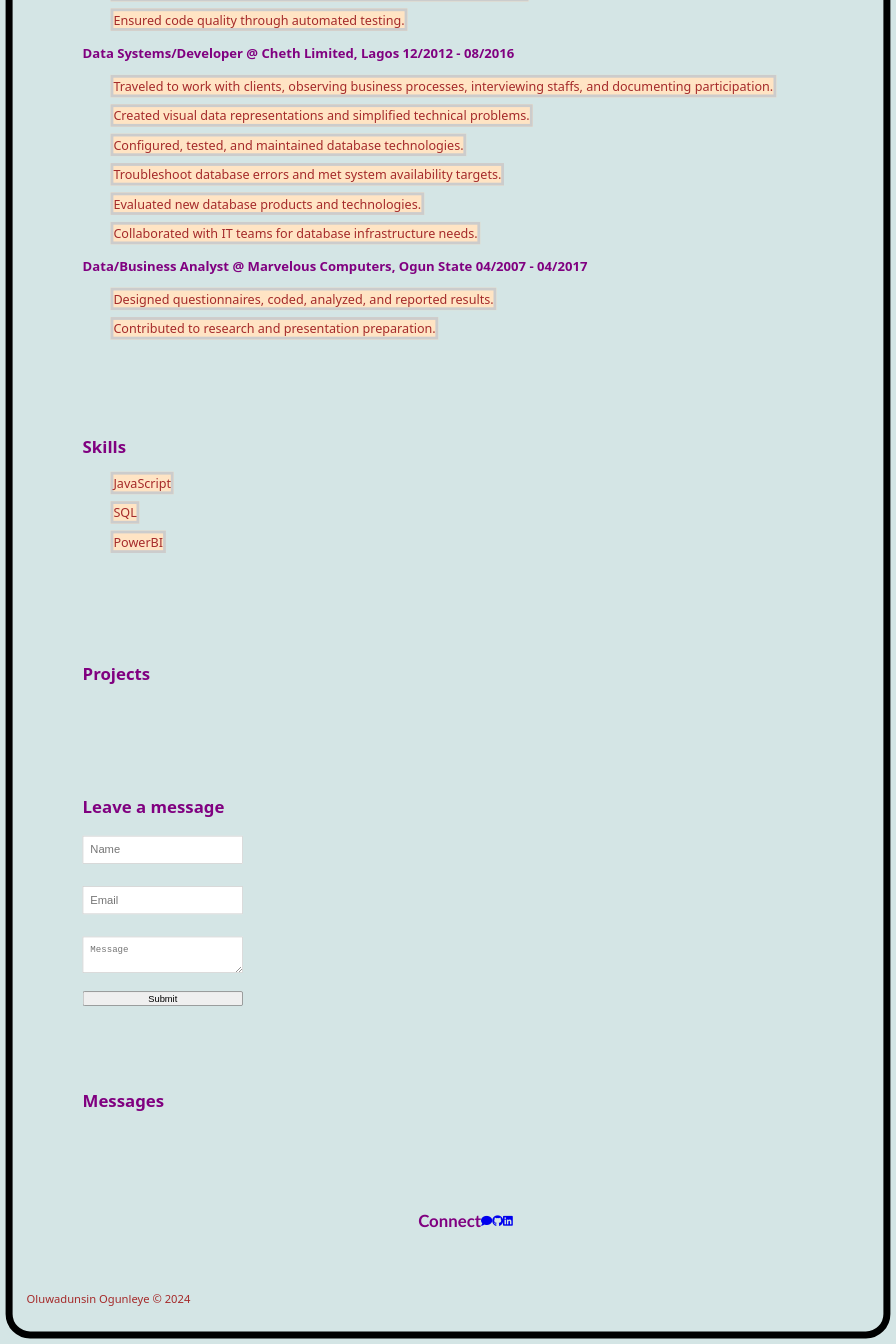
Repository: aloroduns/intro-to-programming-2023
Page: index.html
These files come from the project's save history. The page is drawn as it stood at one moment and after the next save; the edit follows.
The browser window is 1280 px wide. The pictures show the part of the page from y = 790 to 2710 px (the page is 2710 px tall), at 70% of full size.
The page's requests for data from a server got no answer.

Above is the page before, as saved 2024-01-23 13:10:41.

### index.html
<!DOCTYPE html>
<html>
    <head>
        <meta charset="utf-8">
        <meta http-equiv="X-UA-Compatible" content="IE=edge">
        <title>My Portfolio Page</title>
        <meta name="description" content="">
        <meta name="viewport" content="width=device-width, initial-scale=1">
        <link rel="stylesheet" href="./index.css">
        <link rel="stylesheet" href="https://cdnjs.cloudflare.com/ajax/libs/font-awesome/5.15.1/css/all.min.css">
    </head>
    <body>
        <header>
            <nav>
                <ul>
                    <li><a href="#about">About</a></li>
                    <li><a href="#experience">Experience</a></li>
                    <li><a href="#skills">Skills</a></li>
                    <li><a href="#connect">Connect</a></li>
                </ul>
            </nav>
        </header>
        <section id="about">

        <h1>About</h1>
        <p>
        <h2>Passionate Data Professional | Tech Enthusiast | Agile Problem Solver</h2>
           <p>
            Hello there! I'm Oluwadunsin Ogunleye, a dynamic data professional with a rich background
            in database administration, business analysis, and full-stack development. My journey began
            in Agricultural and Resource Economics, where I earned my Master's degree, and it has evolved
            into a diverse skill set that spans SQL, Oracle technologies, Python, and more.
            </p>
            In my current role as a Backend Developer at Tech Fleet, I've been instrumental in configuring,
            troubleshooting, and maintaining complex database systems. Beyond technical prowess, I've honed my skills
            in strategic planning, budgeting, and translating intricate analytics into actionable business solutions
            during my tenure at Cheth Limited and Marvelous Computers.

            My commitment to continuous learning is evident in my certifications, including the Oracle Certified Associate,
            and recent participation in Udacity's Full Stack Developer program. I am adept at working in fast-paced environments,
            tackling challenges independently, and fostering collaboration within cross-functional teams.

            Explore my portfolio to see how I've combined technical expertise with creative problem-solving, such as designing
            and developing an adventure game with Python and crafting innovative solutions as a Data/Business Analyst. I'm excited
            about the intersection of technology and business, and I look forward to bringing my passion and skills to your team.

            Let's connect and explore the endless possibilities at the nexus of data, technology, and innovation!

        </p>
        </section>

        <section id="experience">

        <h1>
            Experience
        </h1>
            <div id="experience-items">

                <h3>Back-End Developer/ Co-lead @ Tech Fleet, California US (Remote)07/2022 - Till Date</h3>
                <ul>
                <li>Developed Next.js scripts for user API endpoints.<br>
                <li>Collaborated with cross-functional teams to enhance user experience.<br>
                <li>Ensured code quality through automated testing.<br>
                </ul>
            </div>

            <div id="experience-items">

                <h3>Data Systems/Developer @ Cheth Limited, Lagos 12/2012 - 08/2016</h3>
                <ul>
                <li>Traveled to work with clients, observing business processes, interviewing staffs,
                and documenting participation.<br>
                <li>Created visual data representations and simplified technical problems.<br>
                <li>Configured, tested, and maintained database technologies.<br>
                <li>Troubleshoot database errors and met system availability targets.<br>
                <li>Evaluated new database products and technologies.<br>
               <li>Collaborated with IT teams for database infrastructure needs.<br>
                </ul>
            </div>

            <div id="experience-items">

                 <h3>Data/Business Analyst @ Marvelous Computers, Ogun State 04/2007 - 04/2017</h3>
                <ul>
                 <li> Designed questionnaires, coded, analyzed, and reported results.<br>
                <li>Contributed to research and presentation preparation.<br>
                </li>
                </ul>
            </div>

        </section>
        <section id="skills">
            <h2>Skills</h2>
                <ul>


                </ul>

        </section>
        <section id="projects">
            <h2>
                Projects
            </h2>

                <ul>

                </ul>

        </section>
        <section id="leave a message">
            <h2>
                Leave a message
            </h2>
            <form name="leave_message">
                <input type="text" name="userName" placeholder="Name">
                <input type="email" name="usersEmail" placeholder="Email">
                <textarea name="usersMessage" placeholder="Message"></textarea>
                <input type="submit" value="Submit">
            </form>
        </section>
        <section id="messages">
            <h2>
                Messages
            </h2>
            <ul>

            </ul>
        </section>
        <section id="connect">
        <h1>Connect</h1>
        <a href="mailto:o.oluwadunsin@yahoo.com">
            <i class="fas fa-comment"></i>
        </a>
        <a href="https://github.com/aloroduns">
            <i class="fab fa-github" aria-hidden="true"></i>
        </a>
        <a href="https://www.linkedin.com/in/oluwadunsinogunleye/">
            <i class="fab fa-linkedin" aria-hidden="true"></i>

        </a>
        </section>
        <footer>


        </footer>
        <script src="./index.js" type="text/javascript"></script>

    </body>
</html>

### index.css
@import url('https://fonts.googleapis.com/css?family=Roboto|Open+Sans');
body{
    border: 10px solid black;
    border-radius: 35px;
    padding: 20px;
    text-align: justify;
    background-color:rgb(212, 229, 229);
    color:brown;
    font-family: system-ui, -apple-system, BlinkMacSystemFont, 'Segoe UI', Roboto, Oxygen, Ubuntu, Cantarell, 'Open Sans', 'Helvetica Neue', sans-serif;
}

h1{
    font-family:'Gill Sans', 'Gill Sans MT', Calibri, 'Trebuchet MS', sans-serif;
}

section{
    padding-top: 50px;
    padding-right: 30px;
    padding-bottom: 50px;
    padding-left: 80px;
}

h1, h2, h3, h4, h5, h6 {
    color: purple;
    font: size 20px;
    font-weight:bold;
}

ul li {
    display: block;
    height:auto;
    background-color: bisque;
    border: 4px solid #ccc;
    margin-bottom:10px;
    font-size: 18px;
    text-align: center;
    width:fit-content;
}

input[type=text], input[type=email], textarea, select{
    font-size: medium;
    color: black;
    padding: 10px;
    border: 1px solid #ccc;
    margin-top: 6px;
    margin-bottom: 16px;
    resize: vertical;
}

input[type=submit]:hover {
    opacity:1;
}

header{
    background-color: hsl(0, 40%, 96%);
    padding:10px 0;
    position: fixed;
}

nav ul {
    list-style-type: none;
    margin: 0;
    padding: 0;
}

nav li {
    display: inline;
    margin-right: 20px;
}

nav a {
    text-decoration: none;
    color: rgb(11, 11, 11);
    font-weight: bold;
    font-size:16px;
}

nav a:hover {
    color:#383004;
}

.experience {
    display: flex;
    flex-wrap: wrap;
}

.experience-item {
    flex: 1;
    margin: 10px;
}

form {
    display: grid;
    grid-template-columns: 1fr;
    gap: 10px;
    width:fit-content
}

/* Add some basic styling to the "Projects" section */
#projects {
    margin-top: 20px;
}

/* Style the list items within the "Projects" section */
#projects ul {
    display: flex;
    flex-wrap: wrap;
    justify-content: space-between;
    list-style: none;
    padding: 0;
}

#projects li {
    margin-bottom: 10px;
    flex: 1 0 21%;
    margin: 1%;
    box-sizing: border-box;
    padding: 10px;
    border: 1px solid hsl(0, 55%, 44%);
    border-radius: 5px;
    width:200px;
    min-height: 150px;
}

/* Style the anchor element within the list items */
#projects li a {
    text-decoration: none;
    color: #007BFF;
    font-weight: bold;
}

/* Style the paragraphs within the list items */
#projects li p {
    margin: 5px 0;
    color: #de6a6a;
}

#connect {
    display: flex;
    flex-direction: row;
    align-items: center;
    justify-content: center;

}

/* Styles for tablet */
@media screen and (max-width: 768px) {
    body {
        background-color: lightgray;
    }
}

/* Styles for mobile */
@media screen and (max-width: 480px) {
    body {
        background-color: lightyellow;
    }

}

@footer{
    display: flex;
    justify-content: center;
    align-items: center;
}

### index.js
const today = new Date();
const thisYear = today.getFullYear();
const footer = document.querySelector('footer');
const copyright = document.createElement('p');

const skills = ['JavaScript', 'SQL', 'PowerBI'];
const skillsSection = document.getElementById('skills');
const skillsList = skillsSection.querySelector('ul');

for (let i = 0; i < skills.length; i++) {
    const listItem = document.createElement('li');
    listItem.textContent = skills[i];
    skillsList.appendChild(listItem);
}
window.onload = function() {
var messageForm = document.getElementsByName("leave_message")[0];
messageForm.addEventListener("submit", function(event) {
    event.preventDefault();
    var name = event.target.userName.value;
    var email = event.target.usersEmail.value;
    var message = event.target.usersMessage.value;
    console.log(name, email, message);

    var messageSection = document.getElementById("messages");
    var messageList = messageSection.querySelector("ul");
    var newMessage = document.createElement("li");

    var userLink = document.createElement("a");
    userLink.href = "mailto:" + email;
    userLink.textContent = name;
    newMessage.appendChild(userLink);

    var messageSpan = document.createElement("span");
    messageSpan.textContent = message;
    newMessage.appendChild(messageSpan);

    var removeButton = document.createElement("button");
    removeButton.innerText = "remove";
    removeButton.type = "button";
    removeButton.addEventListener("click", function() {
        var entry = removeButton.parentNode;
        entry.remove();
    });
    newMessage.appendChild(removeButton);

    var editButton = document.createElement("button");
    editButton.innerText = "edit";
    editButton.type = "button";
    editButton.addEventListener("click", function() {
        var entry = editButton.parentNode;
        var newMessage = prompt("Enter new message:");
        if (newMessage) {
            entry.querySelector("span").textContent = newMessage;
        }
    });


    newMessage.appendChild(editButton);

    messageList.appendChild(newMessage);
});
}

copyright.innerHTML = `Oluwadunsin Ogunleye © ${thisYear}`;
footer.appendChild(copyright);

fetch('https://api.github.com/users/aloroduns/repos')
.then(response => response.json())
.then(repositories => {
    console.log(repositories);

    var projectSection = document.getElementById('projects');
    var projectList = projectSection.querySelector('ul');

    for (var i = 0; i < repositories.length; i++) {
        var project =  document.createElement('li');

        var projectLink = document.createElement('a');
        projectLink.href = repositories[i].html_url;
        projectLink.textContent = repositories[i].name;
        project.appendChild(projectLink);

        var description = document.createElement('p');
        description.textContent = repositories[i].description;
        project.appendChild(description);

        var creationDate = document.createElement('p');
        creationDate.textContent = 'Created on' + new Date(repositories[i].created_at).toLocaleDateString();
        project.appendChild(creationDate);

        projectList.appendChild(project);
    }
})

.catch(error => console.error('Error:', error));

After the next save:
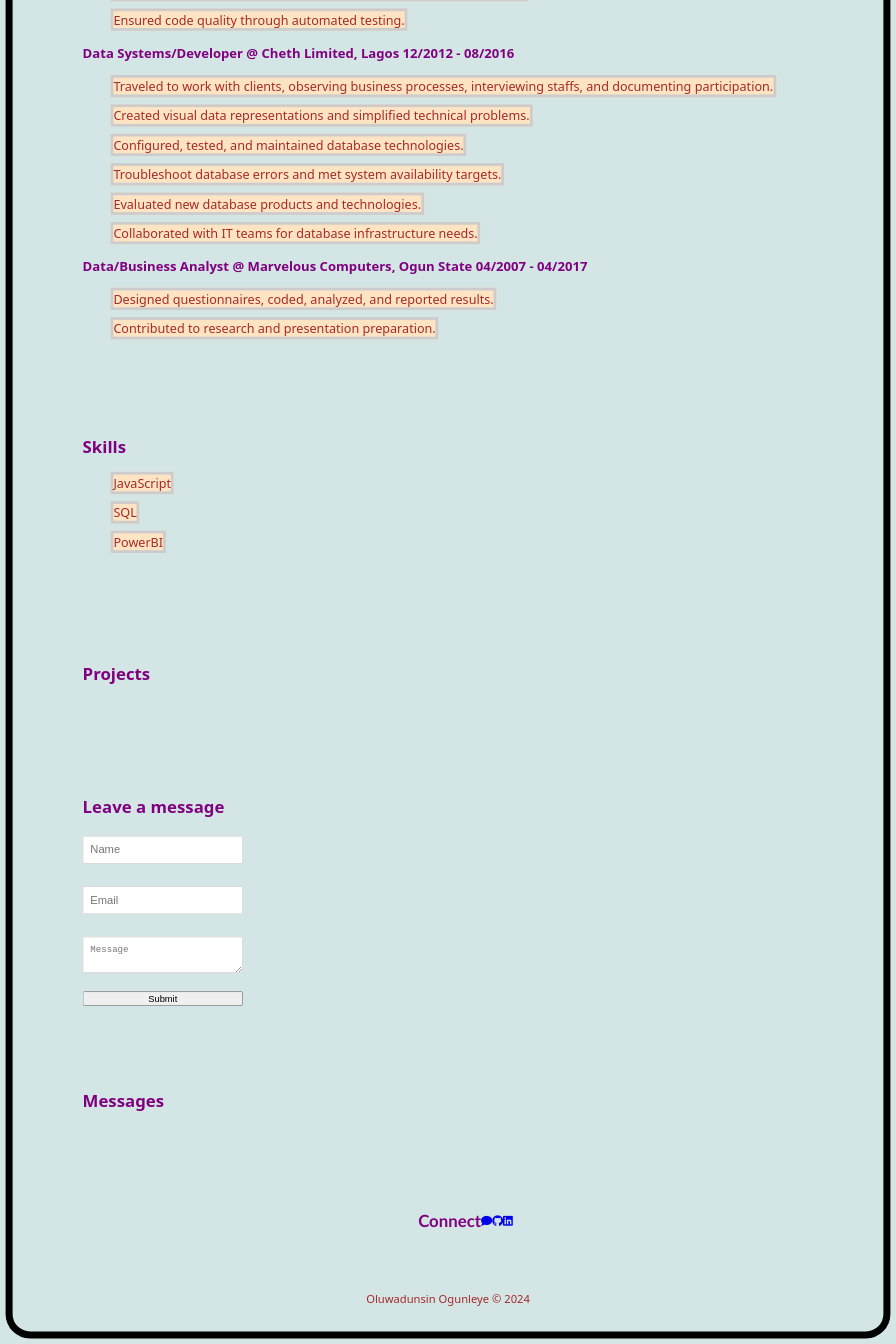
Saved 14 s later.
--- a/index.css
+++ b/index.css
@@ -158,7 +158,7 @@ form {
 
 }
 
-@footer{
+footer{
     display: flex;
     justify-content: center;
     align-items: center;
